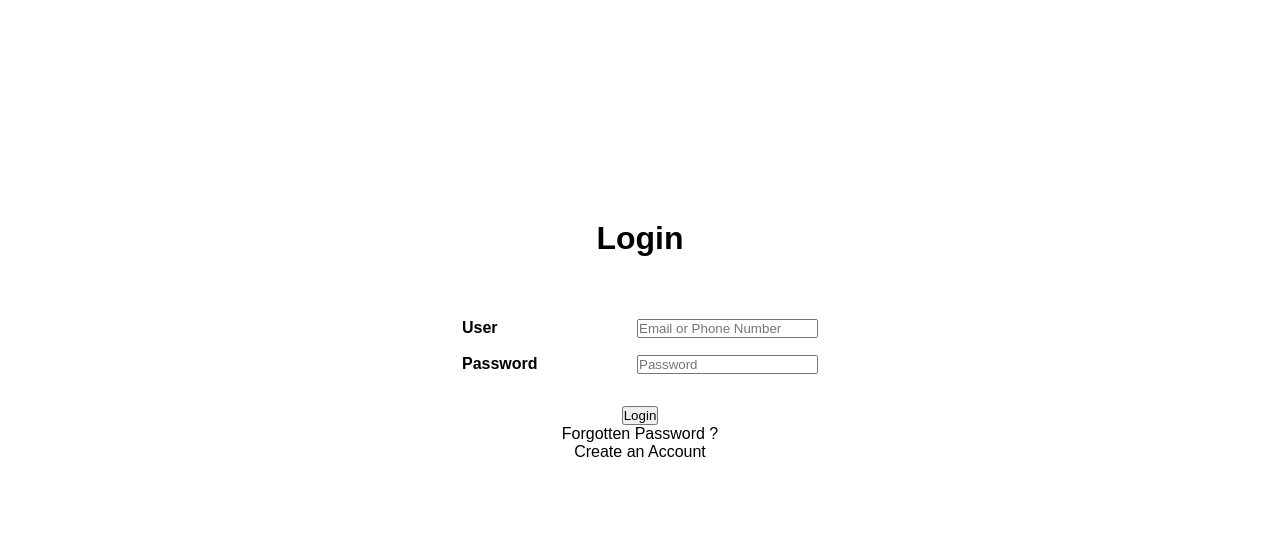
Repository: Naohonproject/web101x02_asm1
Page: login.html
The author's editor kept a copy of each file at every save. The page is drawn from the files as they stood at one save, then again after the next save.
The browser window is 1280 px wide. The pictures show the whole page.

Above is the page before, as saved 2022-01-15 23:43:09.

After the next save:
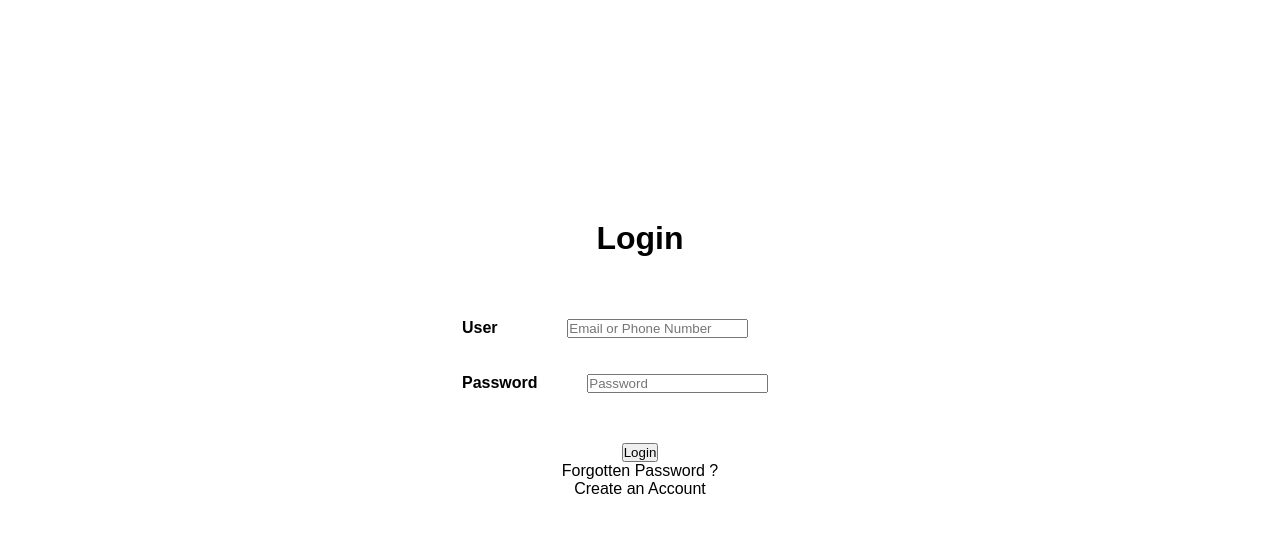
Saved 85 s later.
--- a/assets/css/style.css
+++ b/assets/css/style.css
@@ -213,7 +213,6 @@
 
 .form .user-input input {
 	display: inline-block;
-	float: right;
 }
 
 .clear {

After the save that followed:
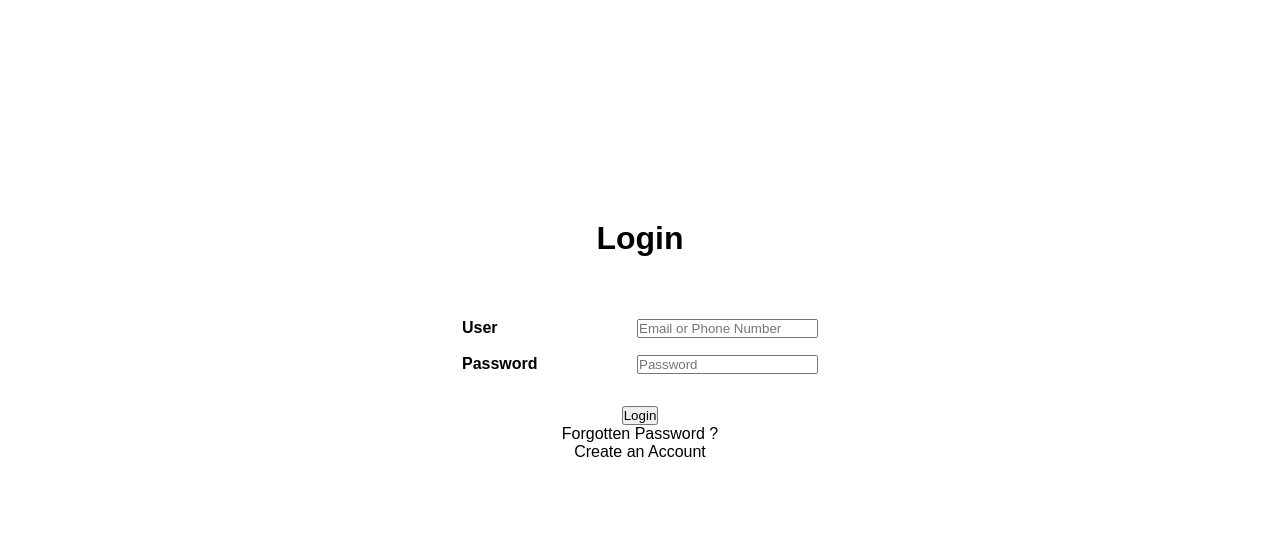
Saved 8 s later.
--- a/assets/css/style.css
+++ b/assets/css/style.css
@@ -213,6 +213,7 @@
 
 .form .user-input input {
 	display: inline-block;
+	float: right;
 }
 
 .clear {
